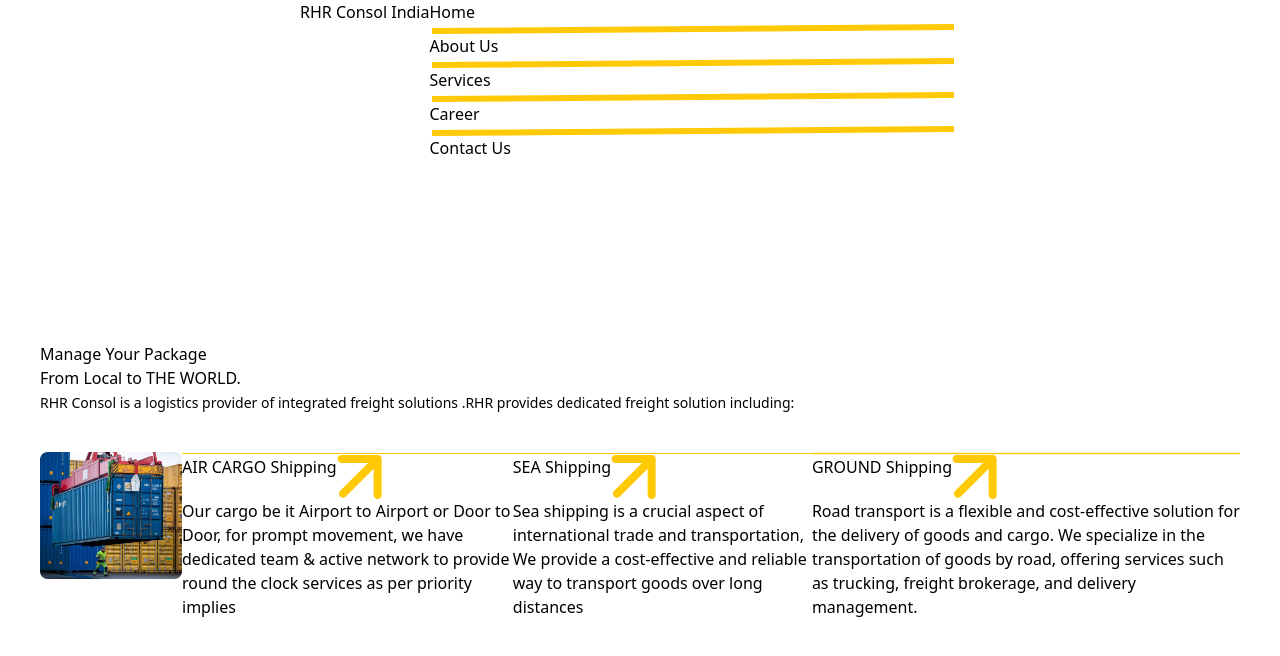
Repository: husainmamuwala/RHRConsol
Page: /services
These files come from the project's save history. The page is drawn as it stood at one moment and after the next save; the edit follows.
The browser window is 1280 px wide. The pictures show the whole page.
The project was rebuilt for these pictures with package versions that can differ from the ones it lists, and the page was loaded fresh each time. The framework's server and built-in components were replaced by stand-ins that run in the browser. Also part of the build but not shown: next.config.js.

Above is the page before, as saved 2023-02-04 10:21:22.

After the next save:
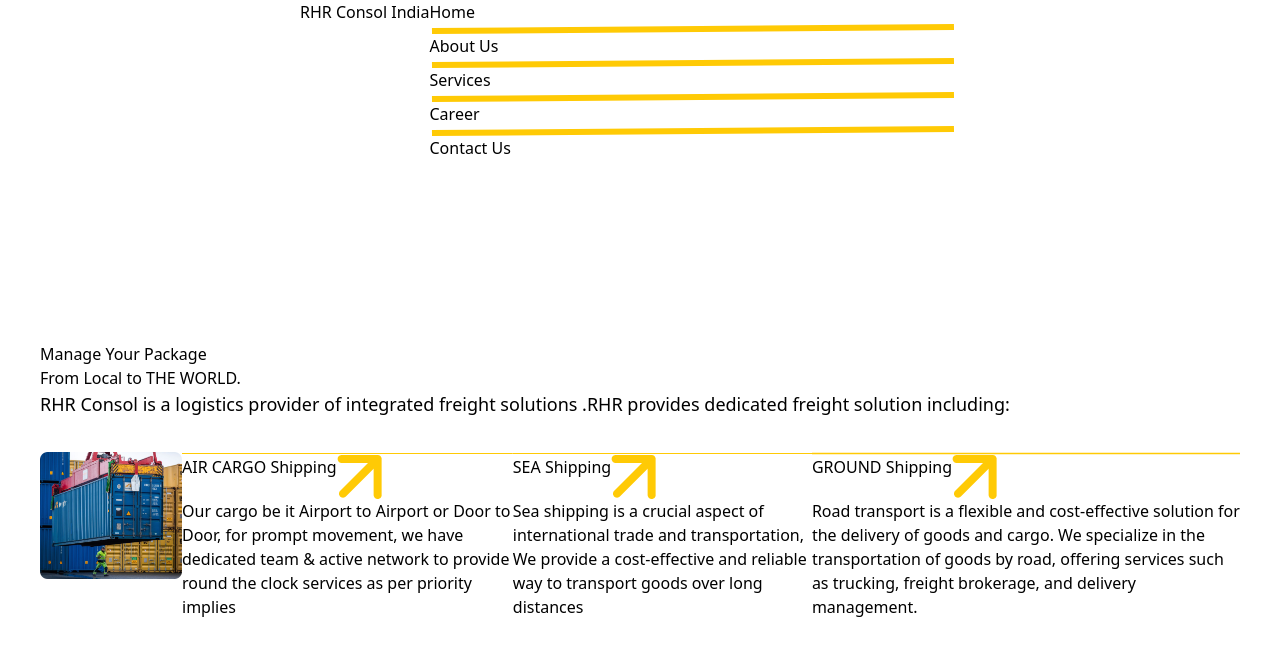
Saved 6 s later.
--- a/Components/Services.jsx
+++ b/Components/Services.jsx
@@ -35,7 +35,7 @@
             <br />
             <span className='md:text-6xl text-xl font-bold'>From Local to <span className='text-primary'> THE WORLD.</span></span>
             <br />
-            <span className='text-sm'>RHR Consol is a logistics provider of integrated freight solutions .RHR provides dedicated freight solution including:</span>
+            <span className='text-lg'>RHR Consol is a logistics provider of integrated freight solutions .RHR provides dedicated freight solution including:</span>
           </div>
           <div className=''>
             <img
